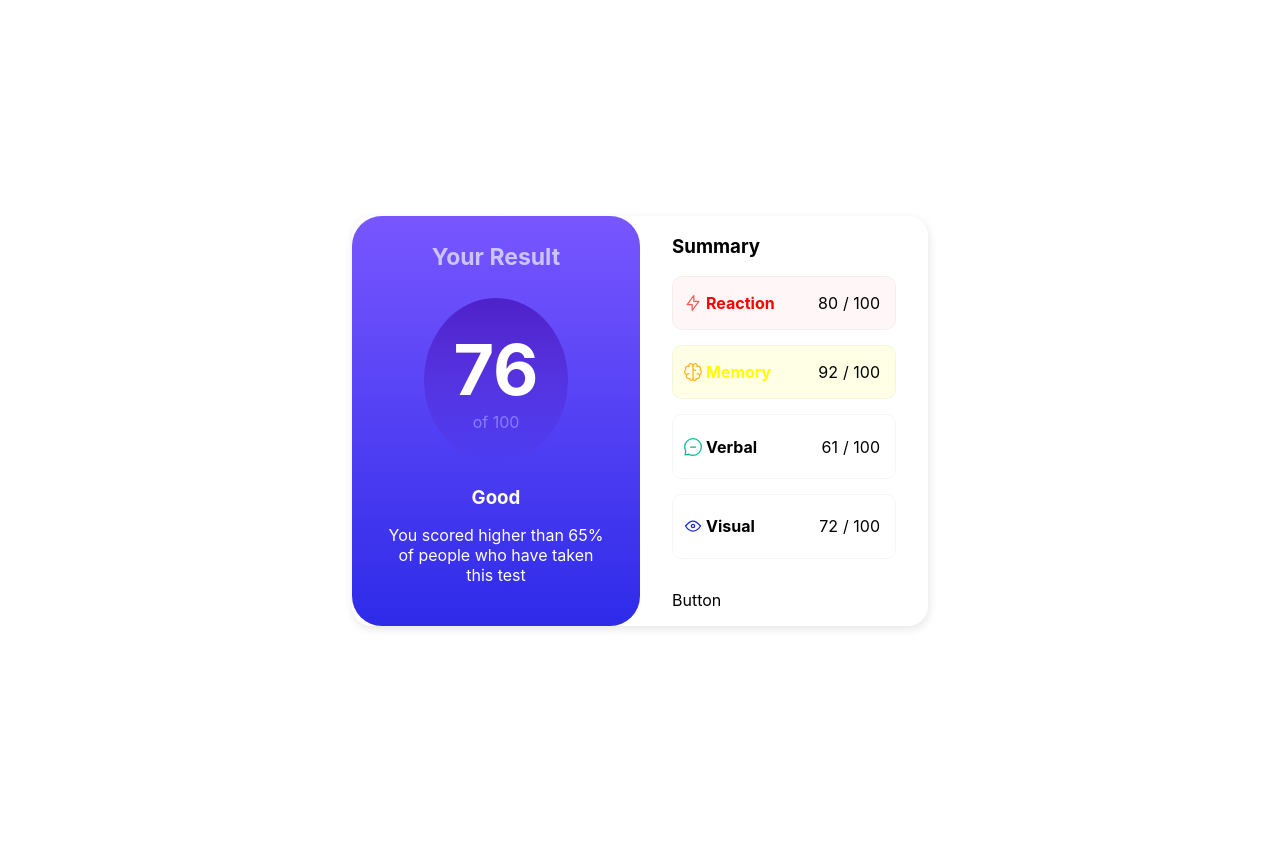
Repository: JeanPaulBassil/Result-Summary-Design
Page: /
An editor plug-in stored every save of this project. The page is shown before and after the next save, followed by the edit.
The browser window is 1280 px wide. The pictures show the whole page.
The project was rebuilt for these pictures with package versions that can differ from the ones it lists, and the page was loaded fresh each time.

Above is the page before, as saved 2023-02-24 18:01:07.

### src/index.css
body {
  margin: 0;
  font-family: -apple-system, BlinkMacSystemFont, 'Segoe UI', 'Roboto', 'Oxygen',
    'Ubuntu', 'Cantarell', 'Fira Sans', 'Droid Sans', 'Helvetica Neue',
    sans-serif;
  -webkit-font-smoothing: antialiased;
  -moz-osx-font-smoothing: grayscale;
}

code {
  font-family: source-code-pro, Menlo, Monaco, Consolas, 'Courier New',
    monospace;
}

.app{
  width: 45vw;
  height: 50vh;
  box-shadow: 1px 3px 10px rgba(0, 0, 0, .1);
  border-radius: 20px;
  display: block;
  margin: 30vh auto;
  display: grid;
  grid-template-columns: 1fr 1fr;
  height: auto;
}

### src/App.js
import Result from "./Components/Result/Result"
import Summary from "./Components/Summary/Summary"

export default function App() {
    return (
        <div className="app">
            <Result />
            <Summary />
        </div>
    )
};

### src/Components/Result/Result.js
import Description from "../Description/Description";
import Grade from "../Grade/Grade";
import data from "../../data.json";
import "./Result.css"

export default function Result() {
    const score = Math.floor(data.reduce((totalGrade, category) => totalGrade + category.score , 0) / data.length)

    return (
        <div className="result">
            <h3>Your Result</h3>
            <Grade score={score}/>
            <Description score={score}/>
        </div>
    )
};

### src/Components/Summary/Summary.js
import data from "../../data.json"
import './Summary.css'

export default function Summary() {
    const summary = data.map(part => {
        return (
            <div className={`part ${part.color}`}>
                <div>
                    <img className="icon" src={part.icon} alt={part.category}/>
                    <h4>{part.category}</h4>
                </div>
                <div className="secGrade">
                    <p>{part.score}</p>
                    <p>/ 100</p>
                </div>
            </div>
        )
    })

    return (
        <div className="summary">
            <h3>Summary</h3>
            <div>
                {summary}
            </div>
            <p>Button</p>
        </div>
    )
};

### src/Components/Description/Description.js
import "./Description.css"

export default function Description({score}) {
    const performance = _ => {
        if (score >= 90) return ['Excellent', `You scored higher than 85% of people who have taken this test`]
        else if (score >= 80) return ['Great', `You scored higher than 75% of people who have taken this test`]
        else if (score >= 70) return ['Good', `You scored higher than 65% of people who have taken this test`]
        else if (score >= 60) return ['Not enough', `You're above nearly half the people who have taken this test`]
        else return ['Fail', `Most people who have taken this test passed over you`]
    }

    return (
        <div className="description">
            <h3>{performance()[0]}</h3>
            <p>{performance()[1]}</p>
        </div>
    )
};

### src/Components/Grade/Grade.js
import "./Grade.css"

export default function Grade({score}) {
    return (
        <div className="grade">
            <h1>{score}</h1>
            <p>of 100</p>
        </div>
    )
};

### src/data.json


[
  {
    "category": "Reaction",
    "score": 80,
    "icon": "./assets/images/icon-reaction.svg",
    "color": "red"
  },
  {
    "category": "Memory",
    "score": 92,
    "icon": "./assets/images/icon-memory.svg",
    "color": "yellow"
  },
  {
    "category": "Verbal",
    "score": 61,
    "icon": "./assets/images/icon-verbal.svg",
    "color": "green"
  },
  {
    "category": "Visual",
    "score": 72,
    "icon": "./assets/images/icon-visual.svg",
    "color": "blue"
  }
]

### src/Components/Result/Result.css
.result {
    display: grid;
    grid-template-rows: 1fr 2fr 2fr;
    align-items: center;
    justify-items: center;
    height: 100%;
    width: 100%;
    background-image: linear-gradient(to bottom,hsl(252, 100%, 67%), hsl(241, 81%, 54%));
    border-radius: 30px;
    color: white;
}

.result > h3 {
    font-size: 23px;
    color: #cbc4ff;
}

### src/Components/Summary/Summary.css
.part {
    display: flex;
    justify-content: space-between;
    border: 1px solid rgba(0, 0, 0, .04);
    margin-bottom: 15px;
    border-radius: 10px;
    padding: 0 10px;
}

.icon {
    margin-right: 3px
}

.summary {
    padding: 0 2rem;
    display: flex;
    flex-direction: column;
    justify-content: center;
}

.summary > h3 {
    align-self: flex-start;
}

.part > div {
    display: flex;
    align-items: center;
    justify-content: center;
}

.secGrade > p {
    /* display: inline; */
    margin-right: 5px;
}

.red {
    background-color: rgba(255, 0, 0, 0.03);
}

.red > div > h4 {
    margin: 0;
    color: red;
}

.yellow {
    background-color: rgba(255, 255, 0, 0.1);
}

.yellow > div > h4 {
    margin: 0;
    color: yellow;
}

### src/Components/Description/Description.css
.description {
    display: flex;
    flex-direction: column;
    align-items: center;
    justify-content: center;
}

.description > p{
    inline-size: 220px;
    text-align: center;
}

.description > h3 {
    margin: 0;
}

### src/Components/Grade/Grade.css
.grade {
    display: flex;
    flex-direction: column;
    justify-content: center;
    align-items: center;
    background-image: linear-gradient(to bottom, hsla(256, 72%, 46%, 1), hsla(241, 72%, 46%, 0));
    border-radius: 50%;
    inline-size: 50%;
    block-size: 100%;
}

.grade > h1 {
    margin: 0;
    font-size: 70px;
}

.grade > p {
    margin: 0;
    color: #8a7cff;
}

Loaded but not shown: public/index.html (common file); src/index.js (common file)

After the next save:
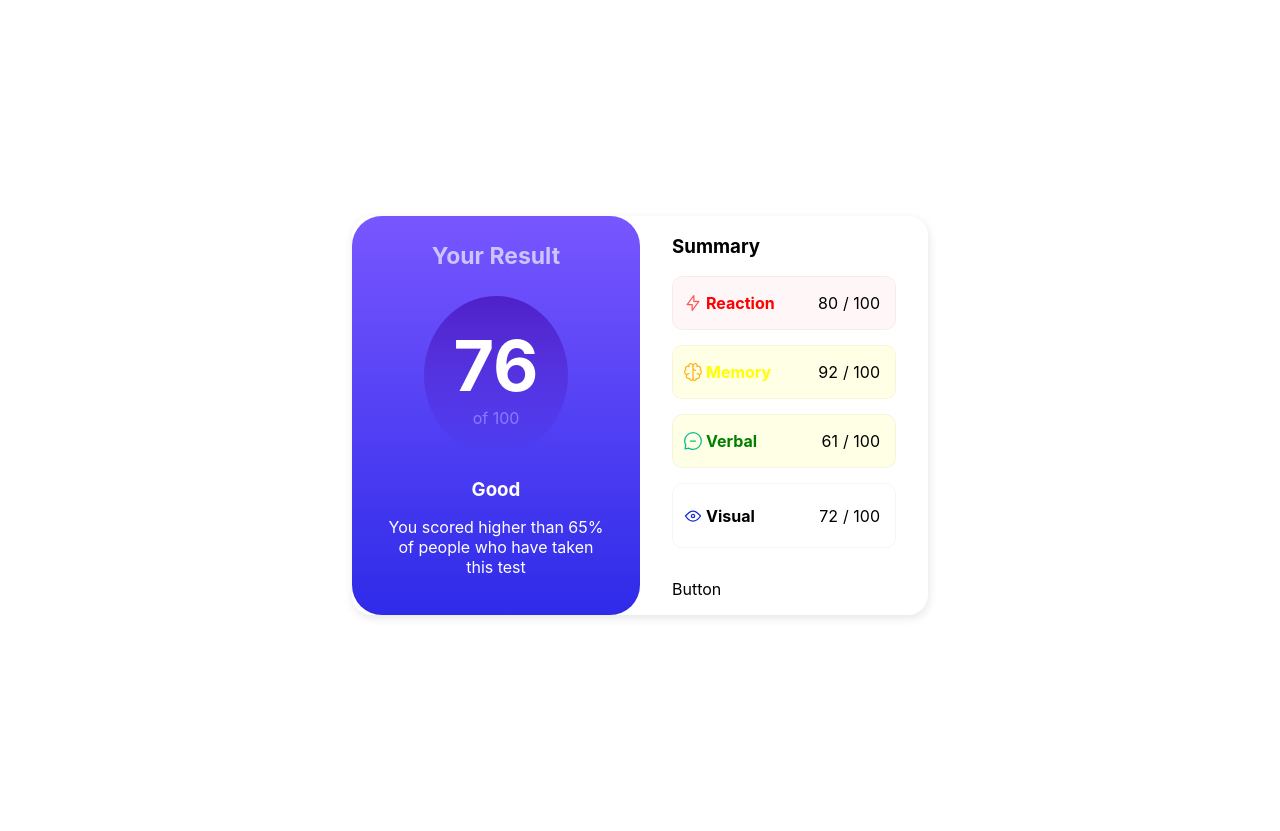
Saved 86 s later.
--- a/src/Components/Summary/Summary.css
+++ b/src/Components/Summary/Summary.css
@@ -50,3 +50,12 @@
     margin: 0;
     color: yellow;
 }
+
+.green {
+    background-color: rgba(255, 255, 0, 0.1);
+}
+
+.green > div > h4 {
+    margin: 0;
+    color: green;
+}
